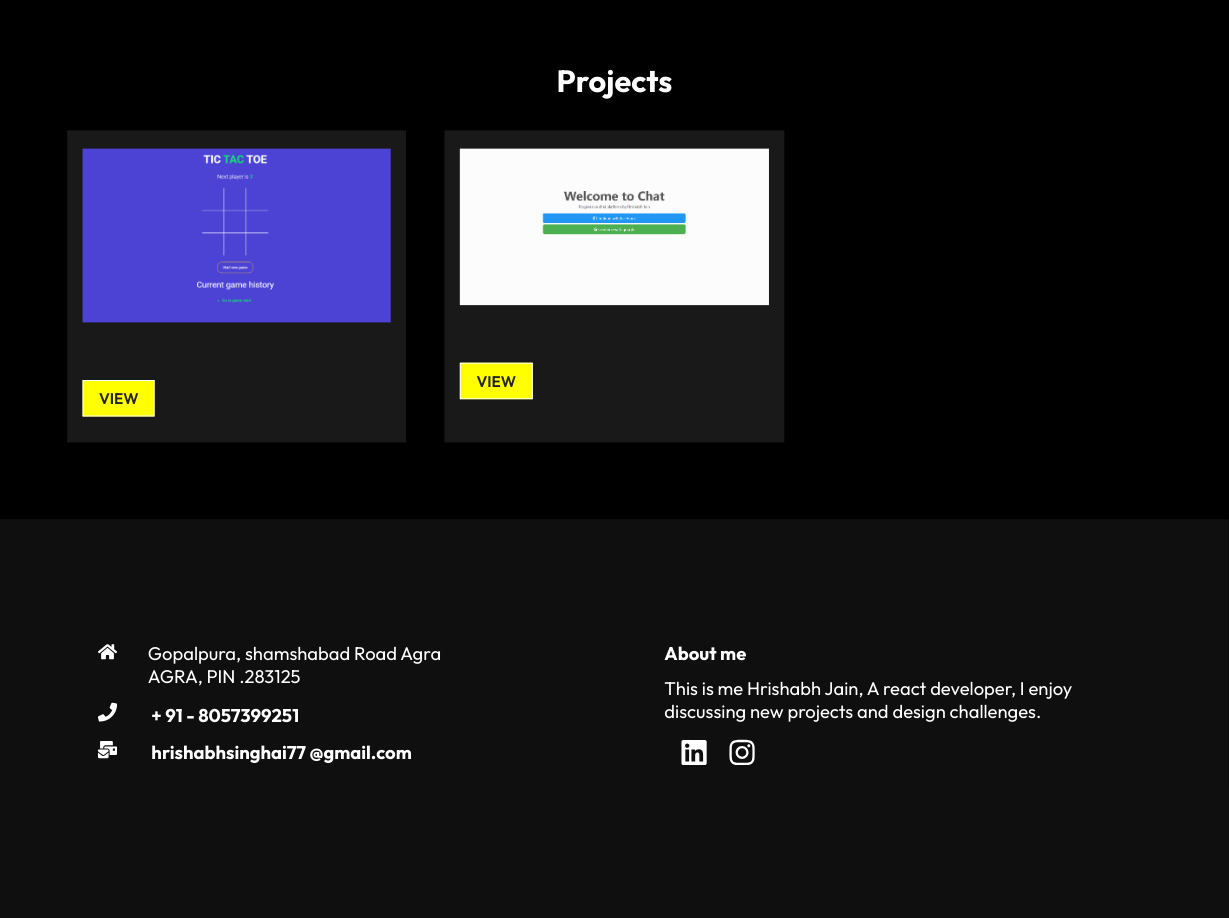
Repository: Hrishabhsinghai/Portfolio
Page: /project
The author's editor kept a copy of each file at every save. The page is drawn from the files as they stood at one save, then again after the next save.
The browser window is 1280 px wide. The pictures show the part of the page from y = 504 to 1491 px (the page is 1460 px tall before and 1491 px after), at 96% of full size.
The project was rebuilt for these pictures with package versions that can differ from the ones it lists, and the page was loaded fresh each time. Also part of the build but not shown: src/components/HeroImgStyles.css, src/components/HeroImg.js, src/routes/Home.js, src/components/AboutContentSttyles.css, src/components/AboutContent.js, src/routes/About.js, src/routes/Contact.js.

Above is the page before, as saved 2024-01-11 22:11:25.

After the next save:
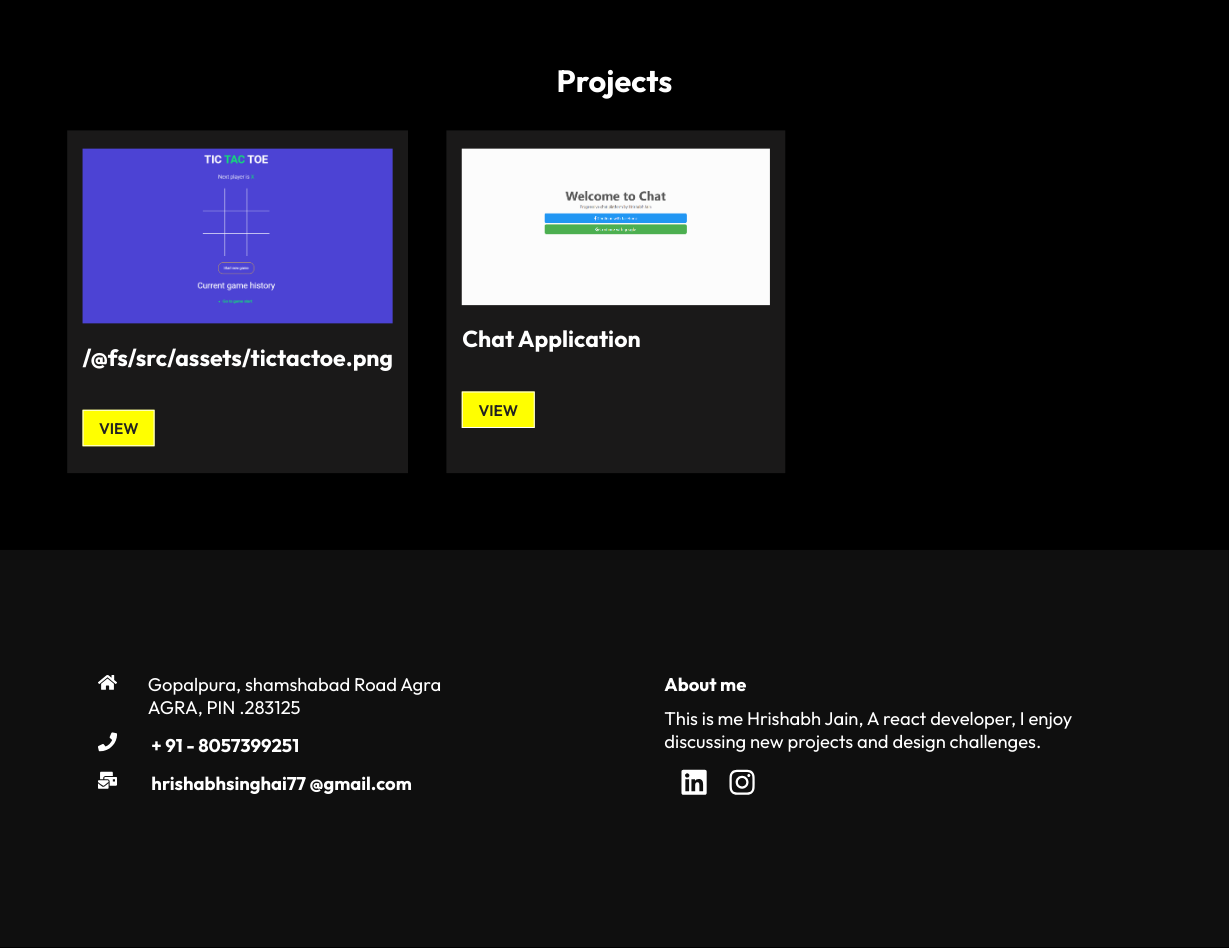
Saved 56 s later.
--- a/src/components/WorkCardData.js
+++ b/src/components/WorkCardData.js
@@ -5,10 +5,12 @@ import chatapp from "../assets/chatapp.png";
 const ProjectCardData = [
   {
     imgsrc: tictactoe,
+    title: tictactoe,
     view: "https://ticctacctoeegame.surge.sh/",
   },
   {
     imgsrc: chatapp,
+    title: "Chat Application",
     view: "https://chat-web-app-c0344.web.app/",
   },
 ];
